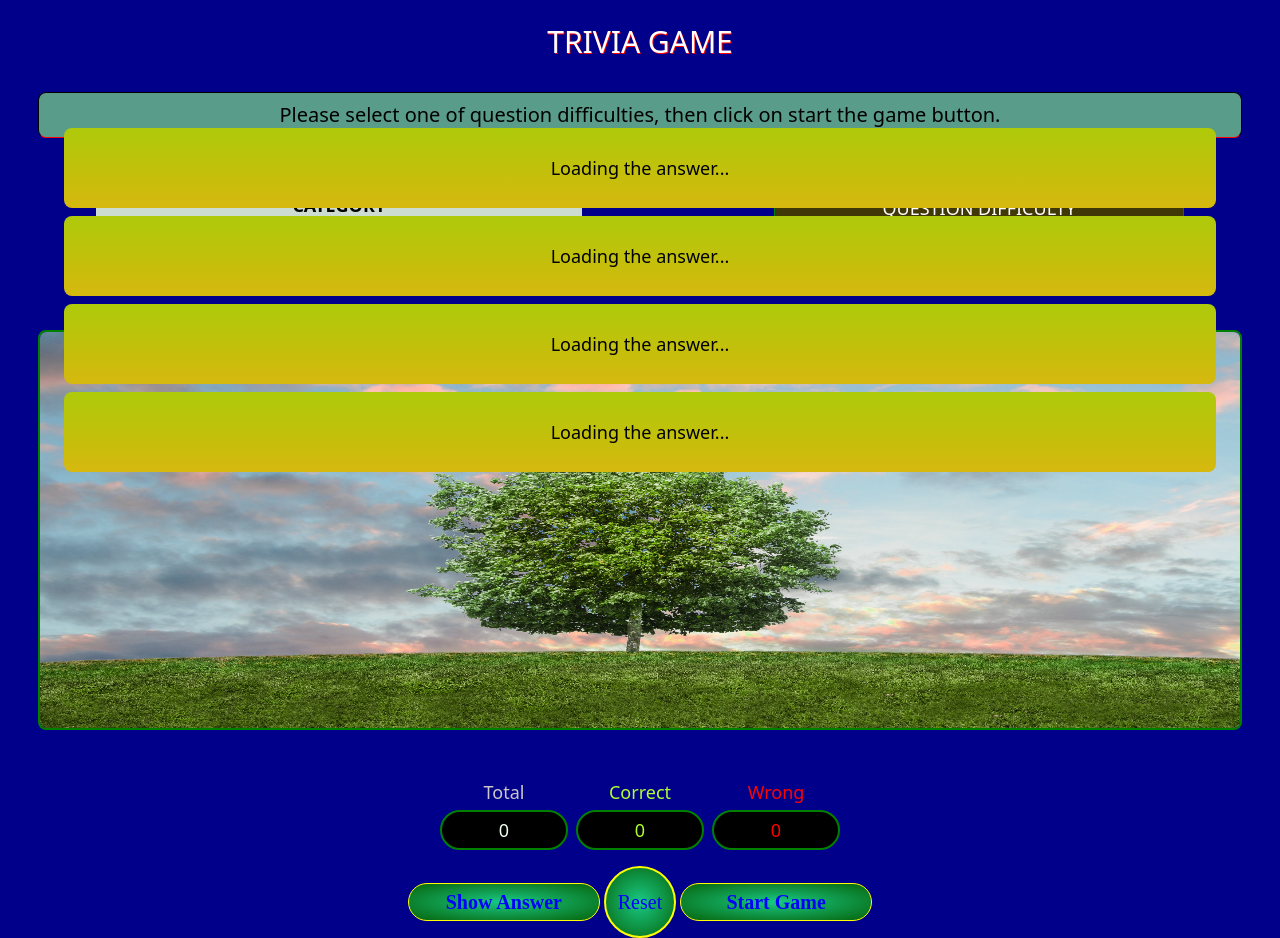
Repository: ShindanoSingi/bembe-trivia
Page: index.html
These files come from the project's save history. The page is drawn as it stood at one moment and after the next save; the edit follows.
The browser window is 1280 px wide. The pictures show the whole page.
Some web libraries are served in a nearby version.

Above is the page before, as saved 2022-09-08 02:29:11.

After the next save:
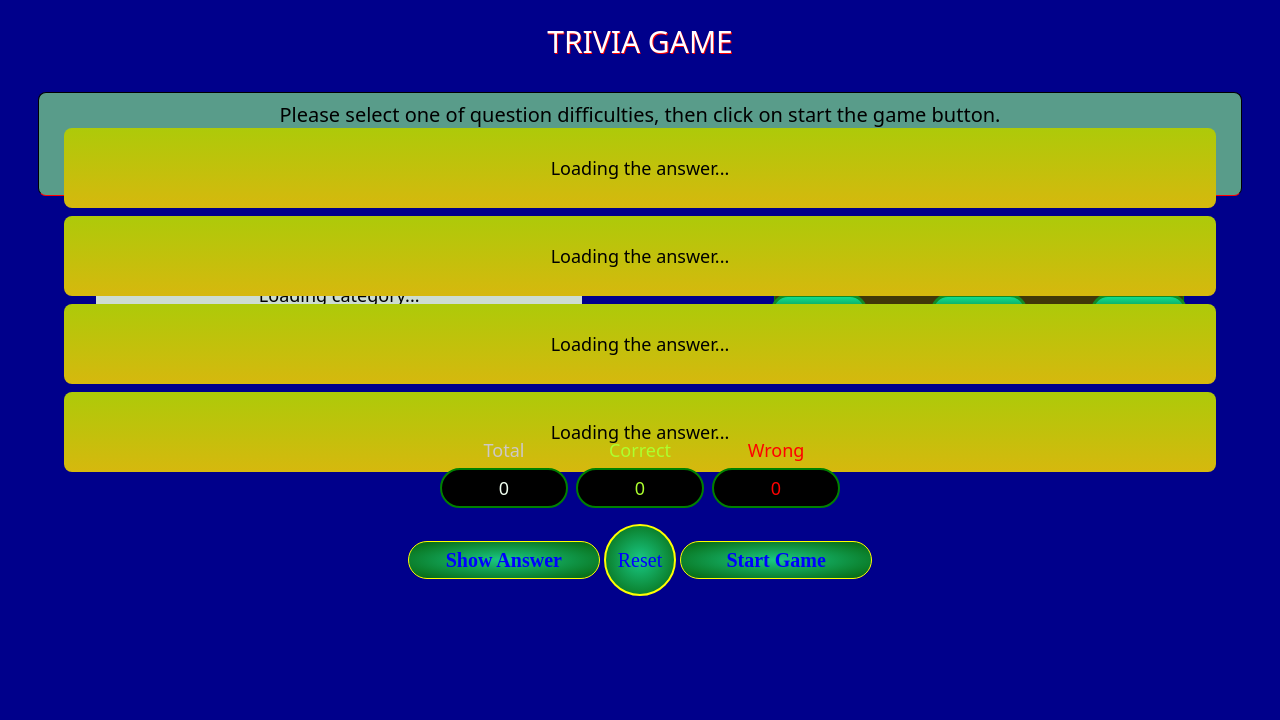
Saved 5 min 36 s later.
--- a/index.html
+++ b/index.html
@@ -33,7 +33,7 @@
                 </div>
             </div>
             <div class="imgAndQuestions">
-                <img class="w-[94vw] h-[25rem] mx-auto" src="pexels-skitterphoto-9198.jpg" alt="nature image">
+                <img class="w-[94vw] md:hidden h-[25rem] mx-auto" src="pexels-skitterphoto-9198.jpg" alt="nature image">
                 <div class="answersButtons absolute md:absolute md:bottom-[15.5rem] bottom-[10.2rem] ml-[5vw] flex space-y-2 items-center  flex-col">
                     <button class="showAnswer md:text-lg w-[90vw] p-1 absolute bottom-[17rem] mx-auto text-sm h-[5rem]">Loading the answer...</button>
                     <button class="response md:text-lg w-[90vw] p-1 text-center text-md h-[5rem]" id="response1">Loading the answer...</button>
